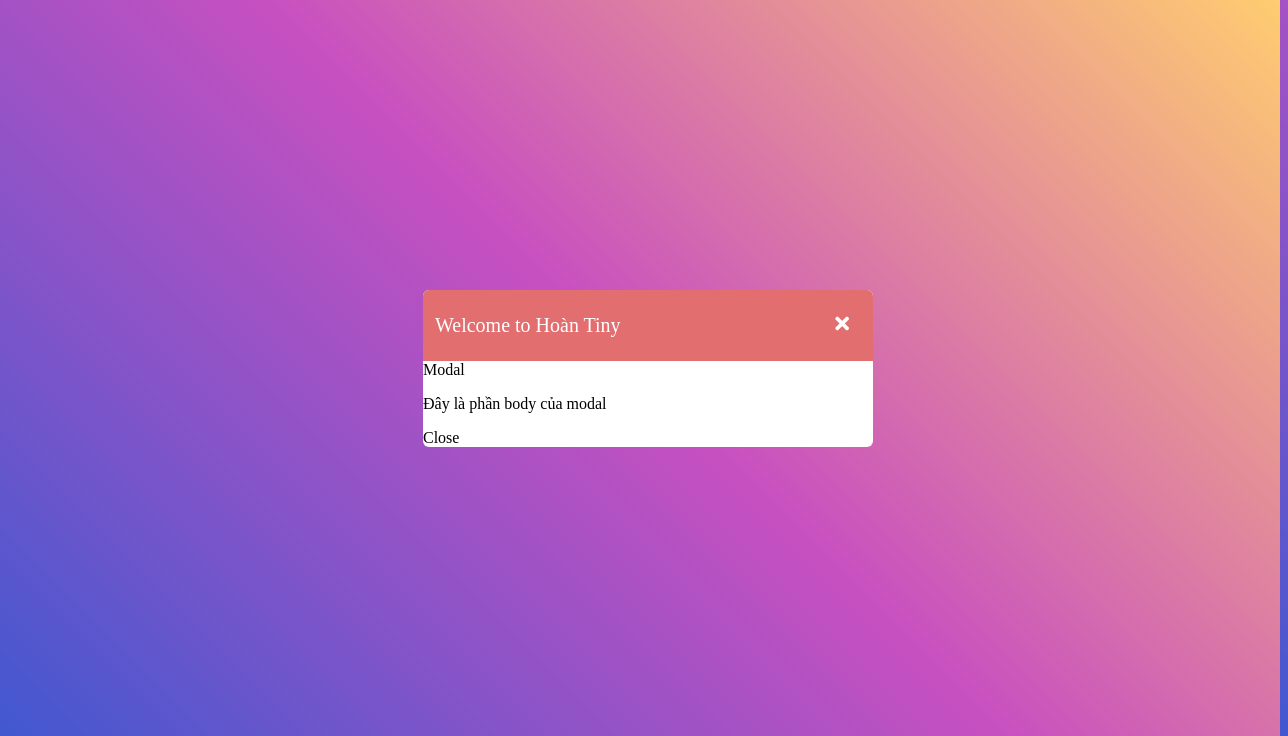
Repository: HoanTiny/30projects-30day
Page: Day 3/index.html
The author's editor kept a copy of each file at every save. The page is drawn from the files as they stood at one save, then again after the next save.
The browser window is 1280 px wide. The page is 1288 px wide, so the pictures cover 1288 px, including what lies to the right of the window. The pictures show the whole page.
Some web libraries are served in a nearby version.

Above is the page before, as saved 2021-12-01 16:04:28.

### Day 3/index.html
<!DOCTYPE html>
<html lang="en">
    <head>
        <meta charset="UTF-8" />
        <meta http-equiv="X-UA-Compatible" content="IE=edge" />
        <meta name="viewport" content="width=device-width, initial-scale=1.0" />
        <title>Day 2</title>
        <link
            rel="stylesheet"
            href="https://use.fontawesome.com/releases/v5.13.0/css/all.css"
            integrity="sha384-Bfad6CLCknfcloXFOyFnlgtENryhrpZCe29RTifKEixXQZ38WheV+i/6YWSzkz3V"
            crossorigin="anonymous"
        />
        <link rel="stylesheet" href="./styles.css" />
    </head>
    <body>
        <div class="btn">Open Modal</div>
        <div class="modal">
            <div class="container">
                <div class="header-modal">
                    <span>Welcome to Hoàn Tiny</span>
                    <i class="fas fa-times icon-close"></i>
                </div>
                <div class="body-modal">
                    <span class="heading">Modal</span>
                    <p>Đây là phần body của modal</p>
                </div>
                <div class="btn-close">Close</div>
            </div>
        </div>
        <script src="./js.js"></script>
    </body>
</html>

### Day 3/styles.css
body {
    background-image: linear-gradient(45deg, rgb(65, 88, 208) 0%, rgb(200, 80, 192) 50%, rgb(255, 204, 112) 100%);
    height: 100vh;
    overflow: hidden;
    width: 100%;
    display: flex;
    align-items: center;
    justify-content: center;
}

.btn {
    padding: 32px 48px;
    background-color: #fff;
    border-radius: 12px;
    font-size: 24px;
    cursor: pointer;
    display: none;
}

.modal {
    background-color: #fff;
    width: 450px;
    border-radius: 6px;
    overflow: hidden;
}

.header-modal {
    background-color: #e26e70;
    padding: 24px 12px;
    display: flex;
    justify-content: space-between;
    color: #fff;
    font-size: 20px;
}

.icon-close {
    margin-right: 12px;
}

### Day 3/js.js
const buttonBtn = document.querySelector(".btn");

buttonBtn.addEventListener("click", function () {
    console.log("h");
});

After the next save:
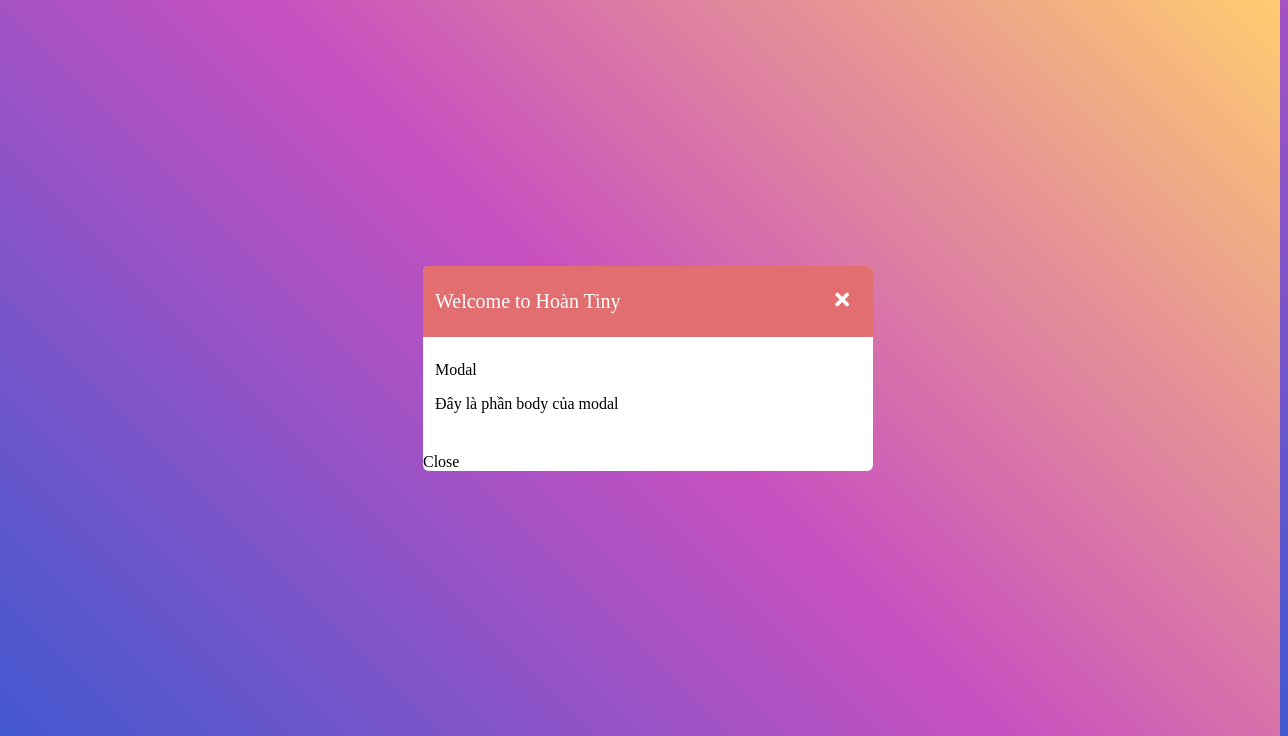
Saved 2 min 45 s later.
--- a/Day 3/styles.css
+++ b/Day 3/styles.css
@@ -36,3 +36,7 @@ body {
 .icon-close {
     margin-right: 12px;
 }
+
+.body-modal {
+    padding: 24px 12px;
+}
